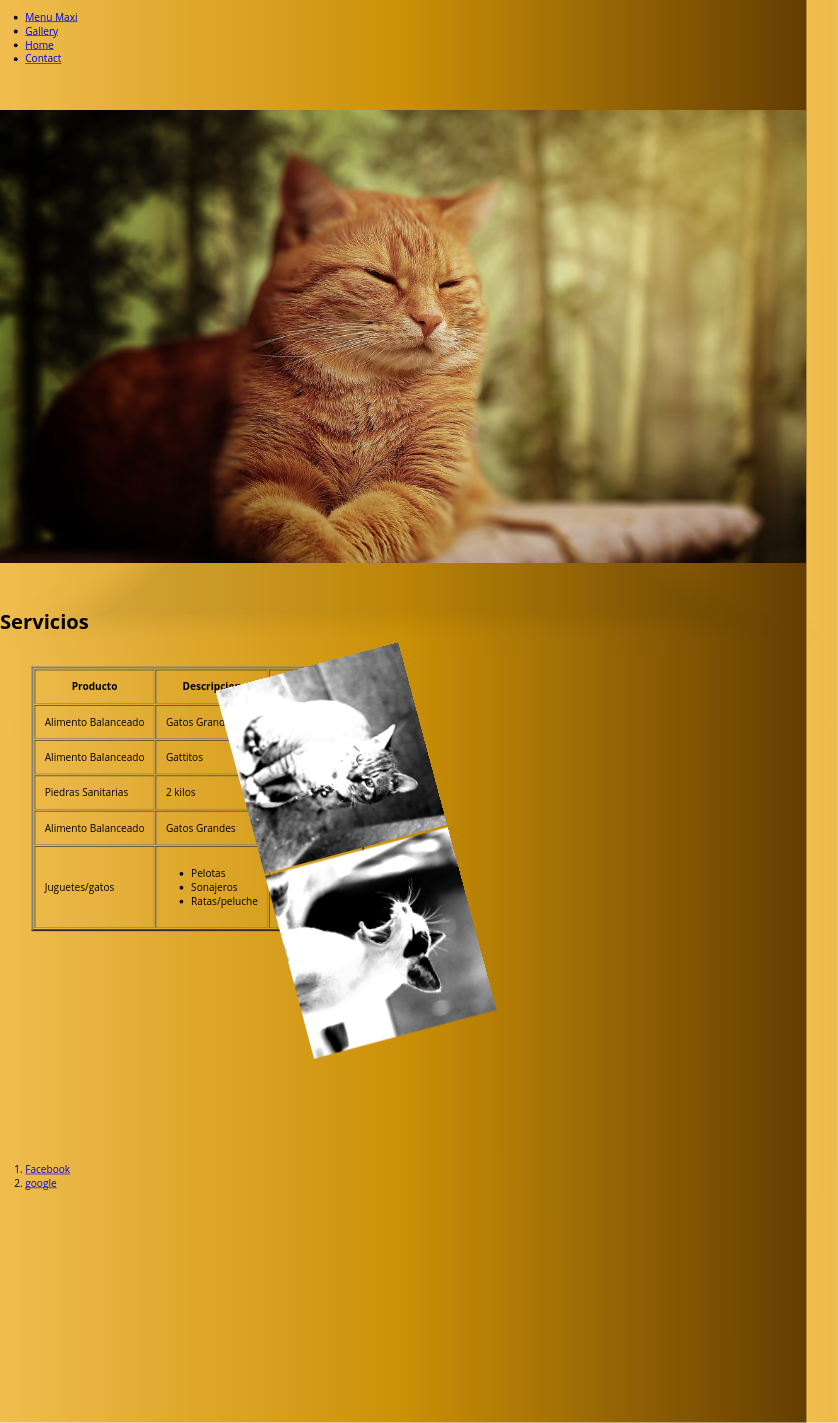
Repository: raul4264/final
Page: Services.html
An editor plug-in stored every save of this project. The page is shown before and after the next save, followed by the edit.
The browser window is 1280 px wide. The page is 1330 px wide, so the pictures cover 1330 px, including what lies to the right of the window. The pictures show the whole page, at 63% of full size.

Above is the page before, as saved 2021-03-26 09:36:56.

### Services.html
<!DOCTYPE html>
<html lang="en">

<head>
    <meta charset="UTF-8">
    <meta http-equiv="X-UA-Compatible" content="IE=edge">
    <meta name="viewport" content="width=device-width, initial-scale=1.0">
    <title>Services</title>
    <link href="css/services.css" rel="stylesheet" type="text/css">
</head>

<body>
    <header>


        <nav>
            <nav>
                <ul class="uno">
                    <li class="item"><a href="menu_maxi.html">Menu Maxi</a></li>
                    <li class="item"><a href="Gallery.html">Gallery</a></li>
                    <li class="item"><a href="index.html">Home</a></li>
                    <li class="item"><a href="Contact.html">Contact</a></li>
                </ul>

            </nav>

        </nav>

    </header>
    <main>
        <div class="thumb">
            <a href="google.com">
                  <span>the optimist lives on</span>
            </a>
      </div>

        <h1>Servicios</h1>
        <section  class="table">

            <table border="3px" cellpadding="15px">
                <tr>
                    <th>Producto</th>
                    <th>Descripcion</th>
                    <th>Precio</th>
                </tr>
                <tr>
                    <td>Alimento Balanceado</td>
                    <td>Gatos Grandes</td>
                    <td> $1200 ARS</td>
                </tr>
                <tr>
                    <td>Alimento Balanceado</td>
                    <td>Gattitos</td>
                    <td>$ 1800 ARS</td>
                </tr>
                <tr>
                    <td>Piedras Sanitarias</td>
                    <td>2 kilos</td>
                    <td>$ 400 ARS</td>
                </tr>
                <tr>
                    <td>Alimento Balanceado</td>
                    <td>Gatos Grandes</td>
                    <td>$1200 ARS</td>
                </tr>
                <tr>
                    <td>Juguetes/gatos</td>
                    <td>
                        <ul>
                            <li>Pelotas</li>
                            <li>Sonajeros</li>
                            <li>Ratas/peluche</li>
                        </ul>
                    </td>
                    <td>
                        <ul>
                            <li>$ 45 ARS</li>
                            <li>$ 20 ARS</li>
                            <li>$ 100 ARS</li>
                        </ul>
                    </td>
                </tr>
            </table>
            <br>

        </section>


        <figure>
            <img src="images/3.jpg">
			<img src="images/2.jpg">

          </figure>



    </main>


        <footer>
            <br>

            <ol>
                <li><a href="http://www.facebook.com" target="blanck">Facebook</a>

                </li>
                <li><a href="http://www.google.com" target="blanck">google</a>

                </li>
            </ol>
            <br>
        </footer>
</body>

</html>

### css/services.css


body{
	margin: 0;
    padding: 0;
    transition:all 3s ease-in-out;
}

img{
    width: 300px;
    filter: contrast(1.8) brightness(1.5) grayscale(1)
}

@import url(https://fonts.googleapis.com/css?family=Open+Sans);


body {

    /* background: linear-gradient(rgb(248, 217, 158), rgb(70, 46, 1)); */
    background: rgb(240,189,79);
background: linear-gradient(90deg, rgba(240,189,79,1) 0%, rgba(203,144,6,0.9948354341736695) 50%, rgb(100, 61, 2) 100%);
    font-family: 'Open Sans', sans-serif;
    height: 100vh;
    margin:0;
}

.thumb {
    width: 100vw;
    height: 100vh;
    margin: 70px auto;
    perspective: 1000px;
    transition:all 3s ease-in-out;
}

.thumb a {
    display: block;
    width: 100%;
    height: 100%;
    background: linear-gradient(rgba(0, 0, 0, 0.4), rgba(0, 0, 0, 0.4)),
		url("../images/1.jpg");
    background-size: 0, cover;
    transform-style: preserve-3d;
    transition: all 0.5s;
}

.thumb:hover a {
    transform: rotateX(80deg);
    transform-origin: bottom;
}
.thumb a:after {
    content: '';
    position: absolute;
    left: 0;
    bottom: 0;
    width: 100%;
    height: 36px;
    background: inherit;
    background-size: cover, cover;
    background-position: bottom;
    transform: rotateX(90deg);
    transform-origin: bottom;
}
.thumb a span {
    color: white;
    text-transform: uppercase;
    position: absolute;
    top: 100%;
    left: 0;
    width: 100%;
    font: bold 12px/36px "Open Sans";
    text-align: center;
    transform: rotateX(-89.99deg);
    transform-origin: top;
    z-index: 1;
}
.thumb a:before {
    content: '';
    position: absolute;
    top: 0;
    left: 0;
    width: 100%;
    height: 100%;
    background: rgba(0, 0, 0, 0.5);
    box-shadow: 0 0 100px 50px rgba(0, 0, 0, 0.5);
    transition: all 0.5s;
    opacity: 0.15;
    transform: rotateX(95deg) translateZ(-80px) scale(0.75);
    transform-origin: bottom;
}

.thumb:hover a:before {
    opacity: 1;
    box-shadow: 0 0 25px 25px rgba(0, 0, 0, 0.5);
    transform: rotateX(0) translateZ(-60px) scale(0.85);
}
.table{
    transform:translate(50px, 30px) ;
}
figure{
    transform: rotate(75deg );
}

After the next save:
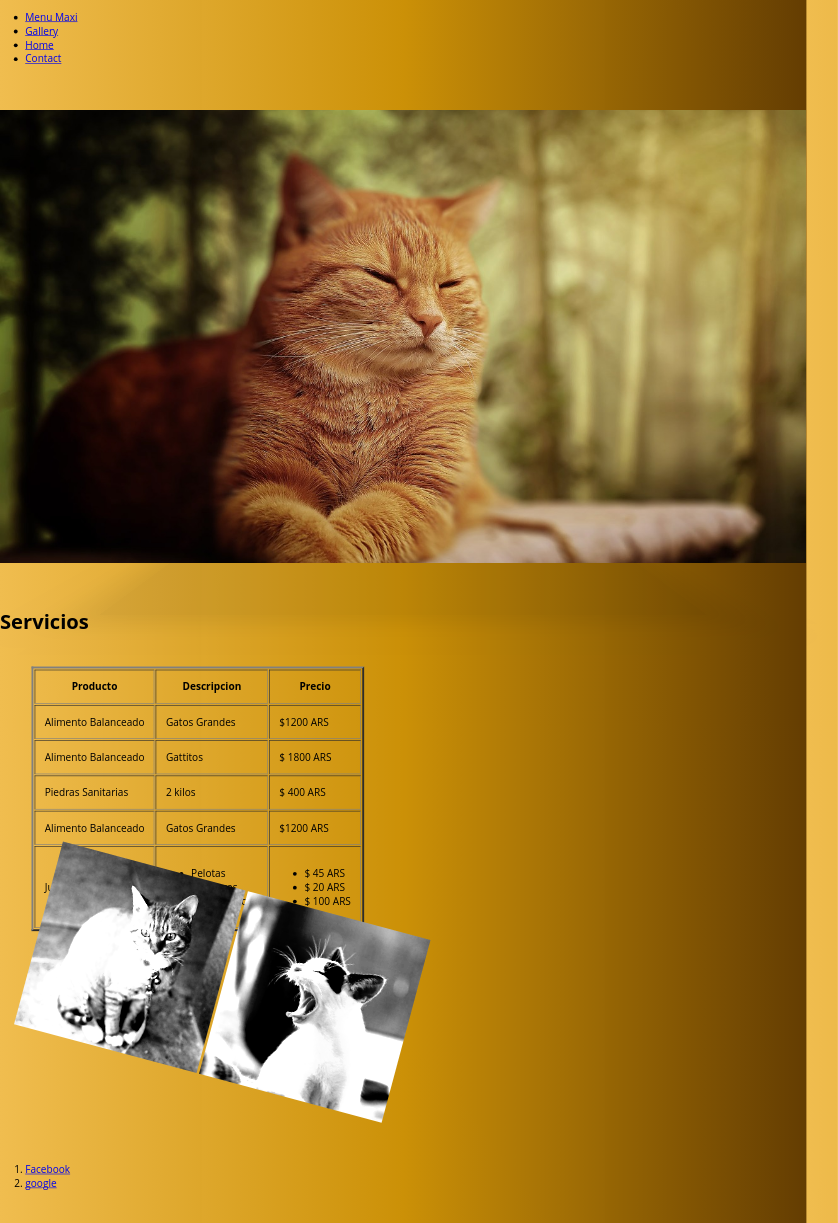
Saved 13 s later.
--- a/css/services.css
+++ b/css/services.css
@@ -97,5 +97,5 @@ background: linear-gradient(90deg, rgba(240,189,79,1) 0%, rgba(203,144,6,0.99483
     transform:translate(50px, 30px) ;
 }
 figure{
-    transform: rotate(75deg );
+    transform: rotate(15deg );
 }
